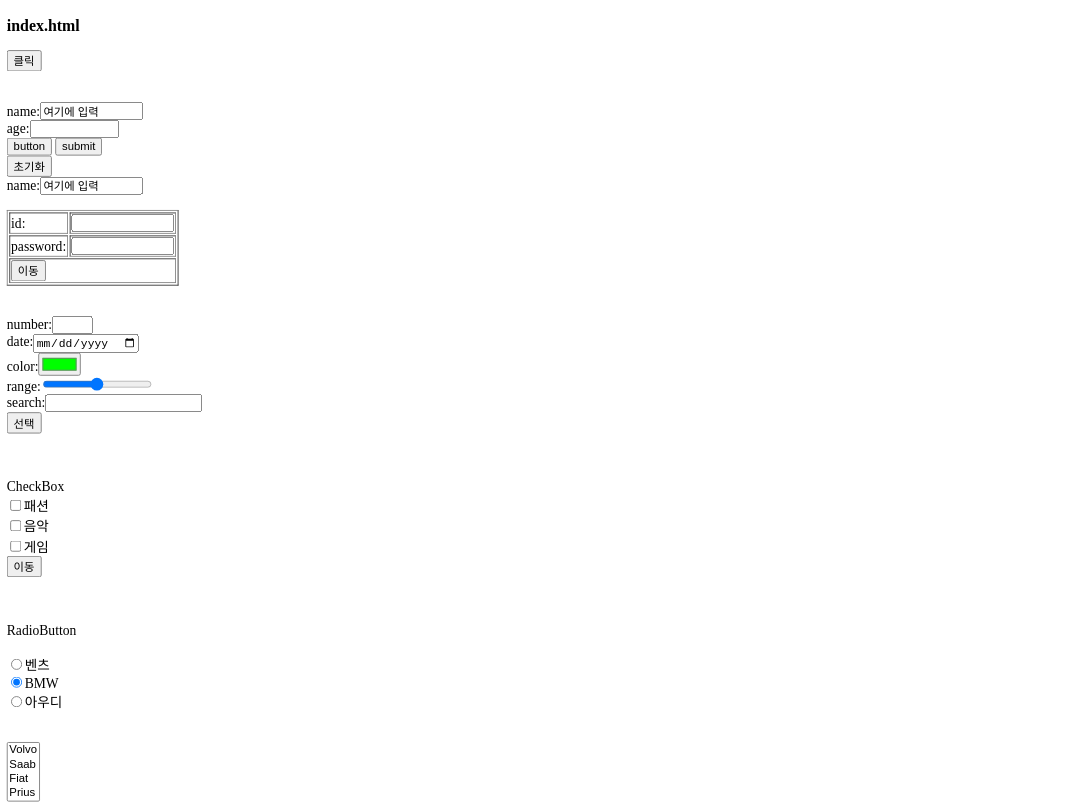
Repository: Jv2020/bitcamp
Page: html/sample04/WebContent/index.html
These files come from the project's save history. The page is drawn as it stood at one moment and after the next save; the edit follows.
The browser window is 1280 px wide. The pictures show the whole page, at 85% of full size.

Above is the page before, as saved 2020-01-03 03:37:50.

### html/sample04/WebContent/index.html
<!DOCTYPE html>
<html>
<head>
<meta charset="UTF-8">
<title>Insert title here</title>
</head>
<body>

<!--
	link -> anchor <a href="이동하고 싶은 파일 또는 URL">표시문자열 이미지</a>
-->

<!--

form
event resource와 같이 많이 사용.
입력데이터 등을 전송할 수 있다.

	id		: # 현재 페이지에서 1개만 인식 (중복x), JacaScript(=JQery)
	class	: . 다중 인식. CSS()
	name	: link용. 값을 전송. 변수의 역할

-->


<!--

<form action="이동하고 싶은 파일 또는 주소 or 파일명"> submit
	입력 리소스
	<input type="submit" value="클릭">
</form>

-->
<h3>index.html</h3>
<form action="NewFile.html">
	<input type="submit" value="클릭">
</form>

<br><br>

<!--
	input : button(submit), checkbox, radio, textfield ...
-->
<form action="NewFile.html">
   name:<input type="text" value="여기에 입력" size="12">
   <br>
   age:<input type="text" value="" size="10">
   <br>
   <input type="submit" value="button">
   <input type="submit" value="submit">
   <br>
   <input type="reset" value="초기화">
</form>

name:<input type="text" value="여기에 입력" size="12">

<br><br>

<form action="NewFile.jsp">
	<table border="1">
		<tr>
			<td>id:</td>
			<td><input type="text" name="id" value="" size="12"></td>
		</tr>
		<tr>
			<td>password:</td>
			<td><input type = "password" name="pwd" size="12"></td>
		</tr>
		<tr>
			<td colspan="2"><input type="submit" value="이동"></td>
		</tr>
	</table>
</form>

<br><br>

<!-- html5 -->
<form action="">
	number:<input type="number" max="5" min="1">
	<br>
	date:<input type="date">
	<br>
	color:<input type="color" value="#00ff00">
	<br>
	range:<input type="range" max="10" min="0">
	<br>
	search:<input type="search">
	<br>
	<input type="submit" value="선택">
</form>

<br><br><br>

CheckBox
<form action:"NewFile2.jsp">
	<input type="checkbox" name="job" value="패션">패션<br>
	<input type="checkbox" name="job" value="음악">음악<br>
	<input type="checkbox" name="job" value="게임">게임<br>
	<input type="submit" value="이동">
</form>

<br><br><br>

RadioButton<br><br>
<input type="radio" name="car" value="벤츠">벤츠<br>
<input type="radio" name="car" value="BMW" checked>BMW<br>
<input type="radio" name="car" value="아우디">아우디

<br><br><br>

<!-- select == choice, combobox -->
<select name="cars" multiple="mutiple">
	<option value="볼보">Volvo</option>
	<option value="사브">Saab</option>
	<option value="피아트">Fiat</option>
	<option value="프리우스">Prius</option>
</select>

</body>
</html>

After the next save:
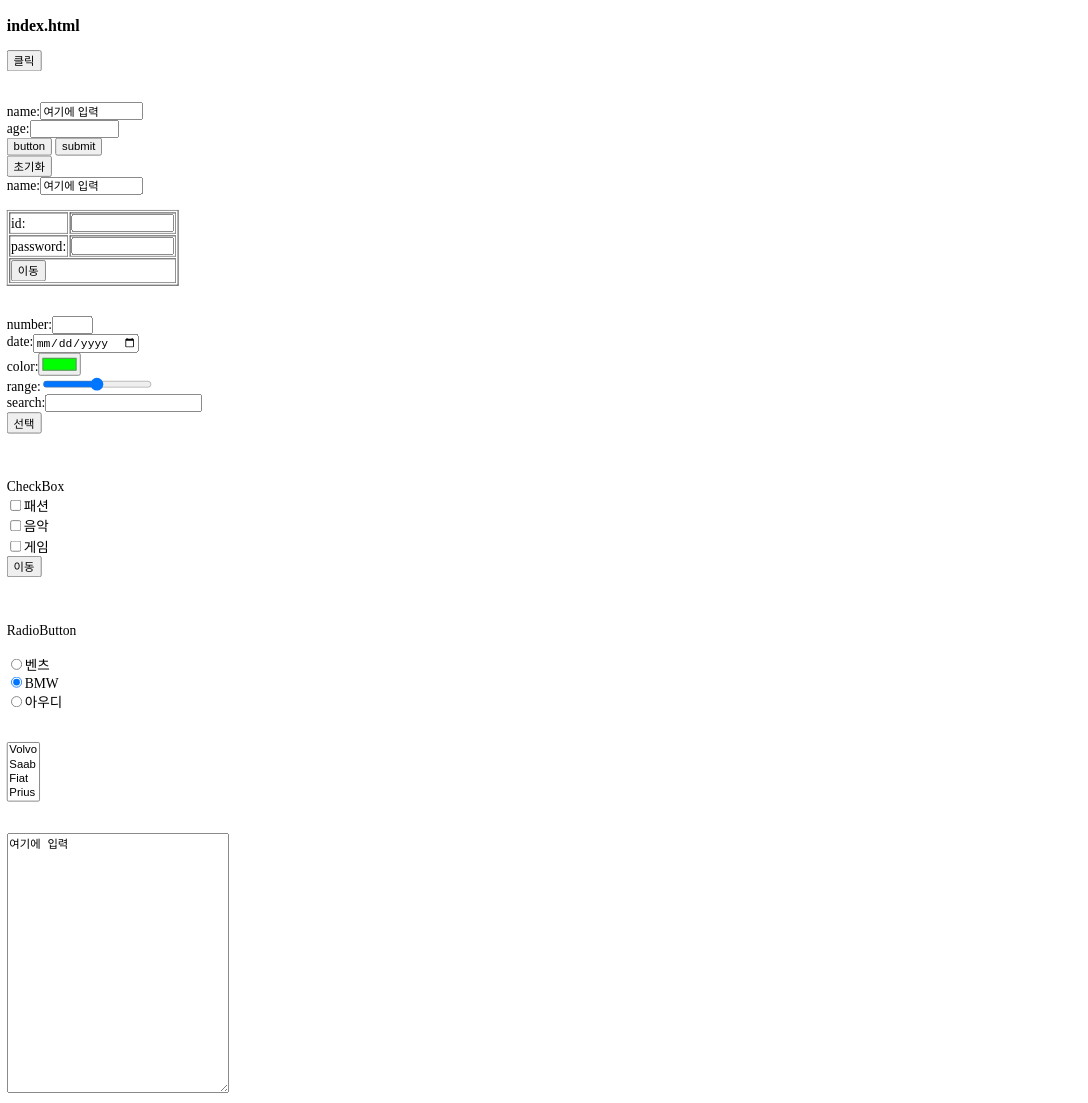
Saved 46 s later.
--- a/html/sample04/WebContent/index.html
+++ b/html/sample04/WebContent/index.html
@@ -116,5 +116,9 @@ RadioButton<br><br>
 	<option value="프리우스">Prius</option>
 </select>
 
+<br><br><br>
+
+<textarea rows="20" cols="30">여기에 입력</textarea>
+
 </body>
 </html>
